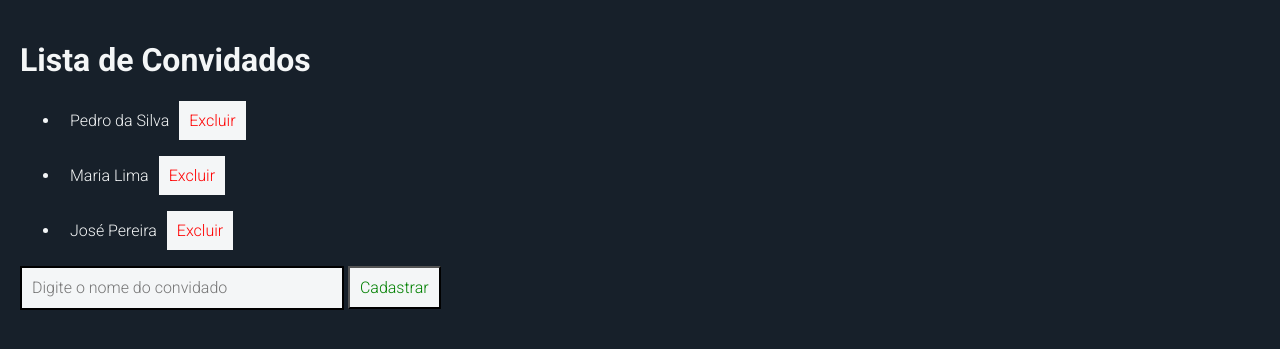
Repository: andrevff/lista-de-convidados
Page: index.html
These files come from the project's save history. The page is drawn as it stood at one moment and after the next save; the edit follows.
The browser window is 1280 px wide. The pictures show the whole page.

Above is the page before, as saved 2022-11-29 17:45:27.

After the next save:
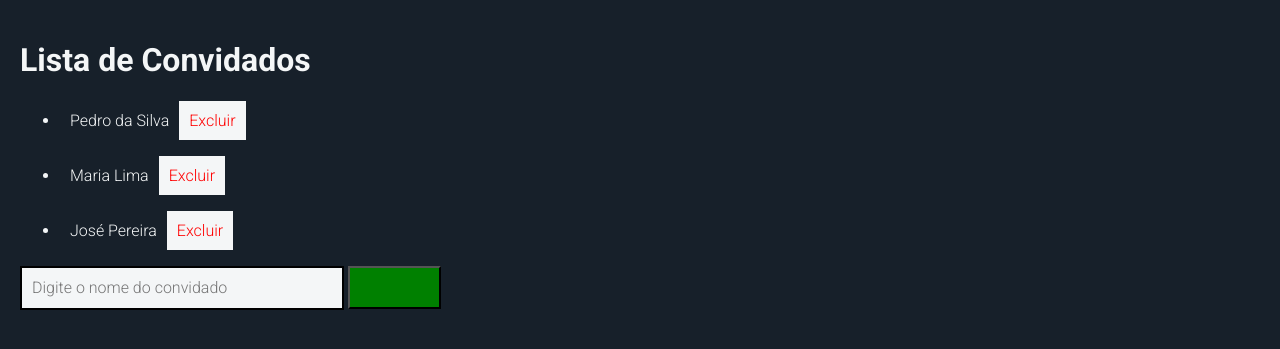
Saved 13 s later.
--- a/assets/css/styles.css
+++ b/assets/css/styles.css
@@ -42,6 +42,6 @@ input {
 button {
     padding: 10px;
     font-size: 1em;
-    background-color: #F4F6F7;
+    background-color: green;
     color: green;
 }
